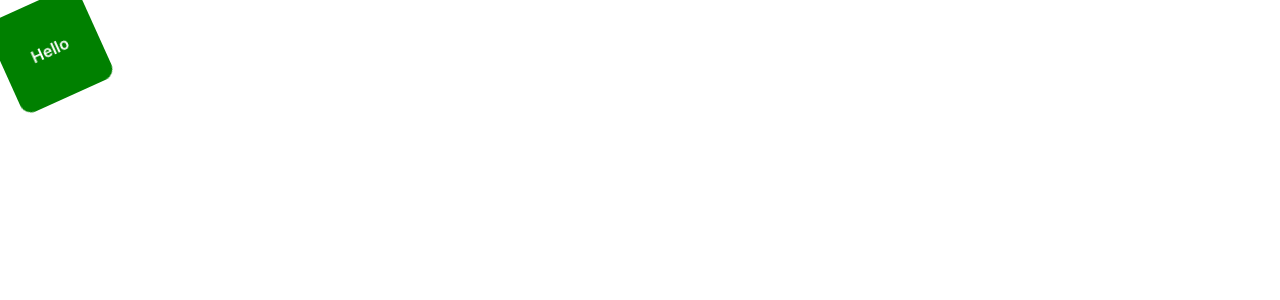
Repository: jr-frazier/visx-test
Page: /svg/1/Square
The author's editor kept a copy of each file at every save. The page is drawn from the files as they stood at one save, then again after the next save.
The browser window is 1280 px wide. The pictures show the whole page.
The project was rebuilt for these pictures with package versions that can differ from the ones it lists, and the page was loaded fresh each time. The framework's server and built-in components were replaced by stand-ins that run in the browser. Also part of the build but not shown: next.config.js.

Above is the page before, as saved 2022-05-09 06:45:09.

After the next save:
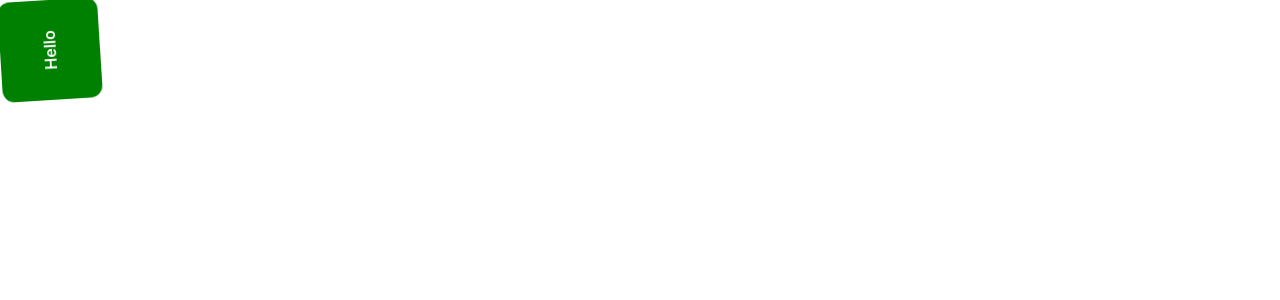
Saved 62 s later.
--- a/pages/svg/1/Square.tsx
+++ b/pages/svg/1/Square.tsx
@@ -28,7 +28,7 @@ export default function Squares({ squares }: { squares: number }) {
         .to(q(".box"), {
             rotation: 360,
             duration: 2,
-            ease: 'power0.easeOut',
+            ease: 'linear',
         })
 
 
